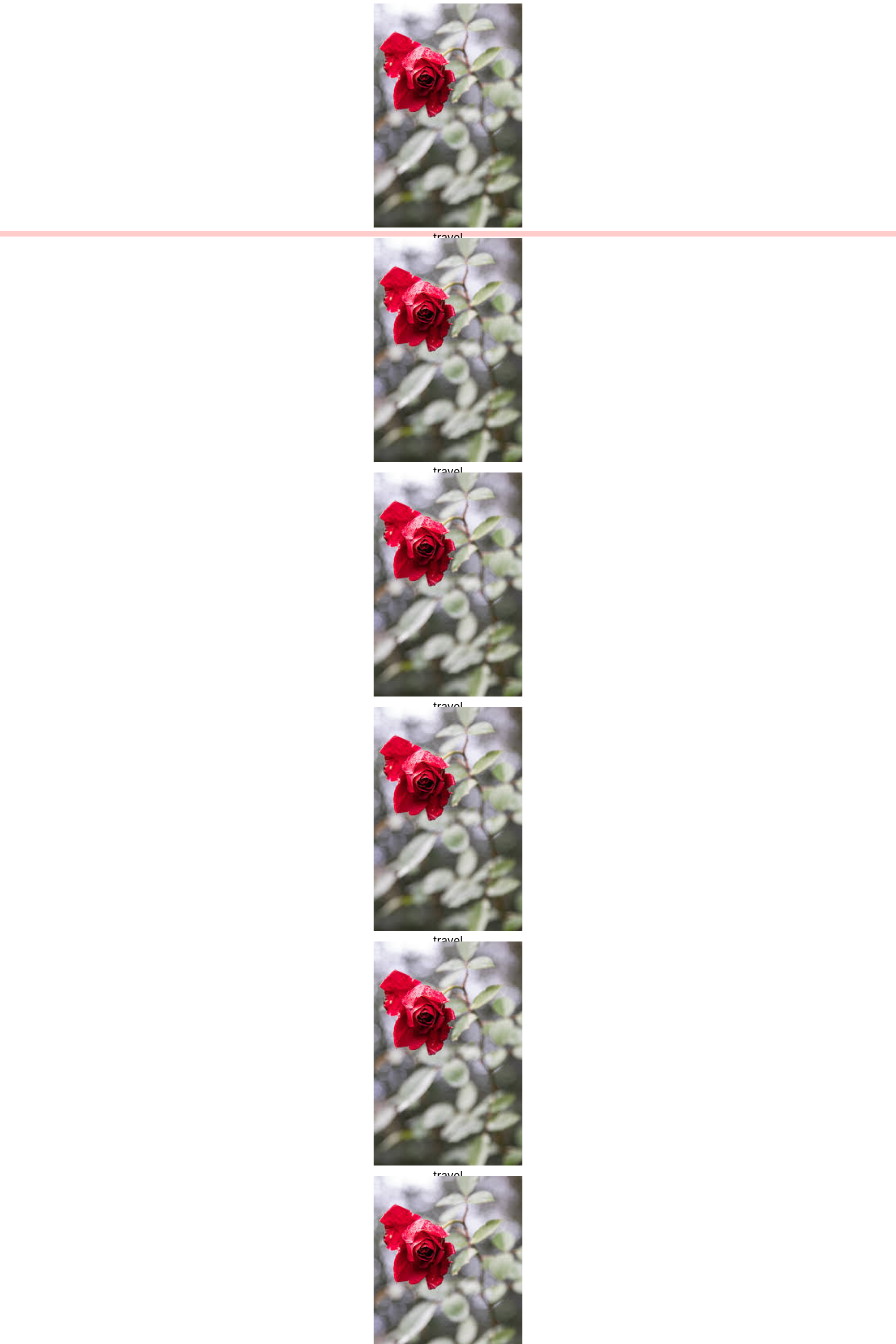
Repository: vakharia5/Preview
Page: /
An editor plug-in stored every save of this project. The page is shown before and after the next save, followed by the edit.
The browser window is 1280 px wide. The pictures show the part of the page from y = 0 to 1920 px (the page is 2730 px tall), at 70% of full size.
The pointer rests on the first visible `.card`.
The project was rebuilt for these pictures with package versions that can differ from the ones it lists, and the page was loaded fresh each time.

Above is the page before, as saved 2020-06-22 15:28:49.

### src/App.js
import React from 'react';
import logo from './logo.svg';
import './App.css';
import CardList from './components/CardList';
import './assets/css/Style.css';

function App() {
  return (
    <div className="App">

    <CardList/>


    </div>
  );
}

export default App;

### src/components/CardList.js
import React, { Component } from 'react'
import {Card,Container,Row,Col} from 'react-bootstrap';
import img from '../assets/Images/download.jpg';
import Data from '../assets/data.json';

class CardList extends Component {
    render() {

        return (
   <div>
   <Container>
   <Row sm={1} md={2} lg={4}>
    {console.log(Data)}
    { Data.map(data =>
    <Card  border="light" >
      <Card.Img src={img} alt="Card image" className = "Image" />
      <Card.ImgOverlay>
        <Card.Title>{data.title}</Card.Title>
        <Card.Text>
        {data.name}
        </Card.Text>
      </Card.ImgOverlay>
    </Card>)

}

</Row>
</Container>
      </div>
        )
        }
}
export default CardList

### src/assets/css/Style.css

.card{
    height: 20rem;
    padding: 5px;
    margin-bottom: 5px;

}

.Image {
    height: 100%


}


/* .card:hover{
    box-shadow: 0px 8px  rgba(252, 1, 1, 0.20);
} */

/* .shadow-box-example {

    background-color: #64b5f6;
  } */

  .card:hover{
    /* box-shadow: 0 8px 20px -10px #615151; */
    box-shadow: 0px 8px  rgba(252, 1, 1, 0.20);
  }

### src/assets/data.json
[
    {
        "id": 1,
        "title" : "travel",
        "name": "Explore",
        "image": ""
    },
   {
        "id": 2,
        "title" : "travel",
        "name": "Pyramids",
        "image": ""
    },
    {
        "id": 3,
        "title" : "travel",
        "name": "Discover",
        "image": ""
    },
    {
        "id": 4,
        "title" : "travel",
        "name": "Endless",
        "image": ""
    },
     {
        "id": 5,
        "title" : "travel",
        "name": "Explore",
        "image": ""
    },
    {
        "id": 6,
        "title" : "travel",
        "name": "Pyramids",
        "image": ""

    },
    {
        "id": 7,
        "title" : "travel",
        "name": "Discover",
        "image": ""

    },
    {
        "id": 8,
        "title" : "travel",
        "name": "Endless",
        "image": ""
    }

]

Loaded but not shown: src/index.js (common file); src/index.css (common file); src/serviceWorker.js (common file); src/App.css (common file)

After the next save:
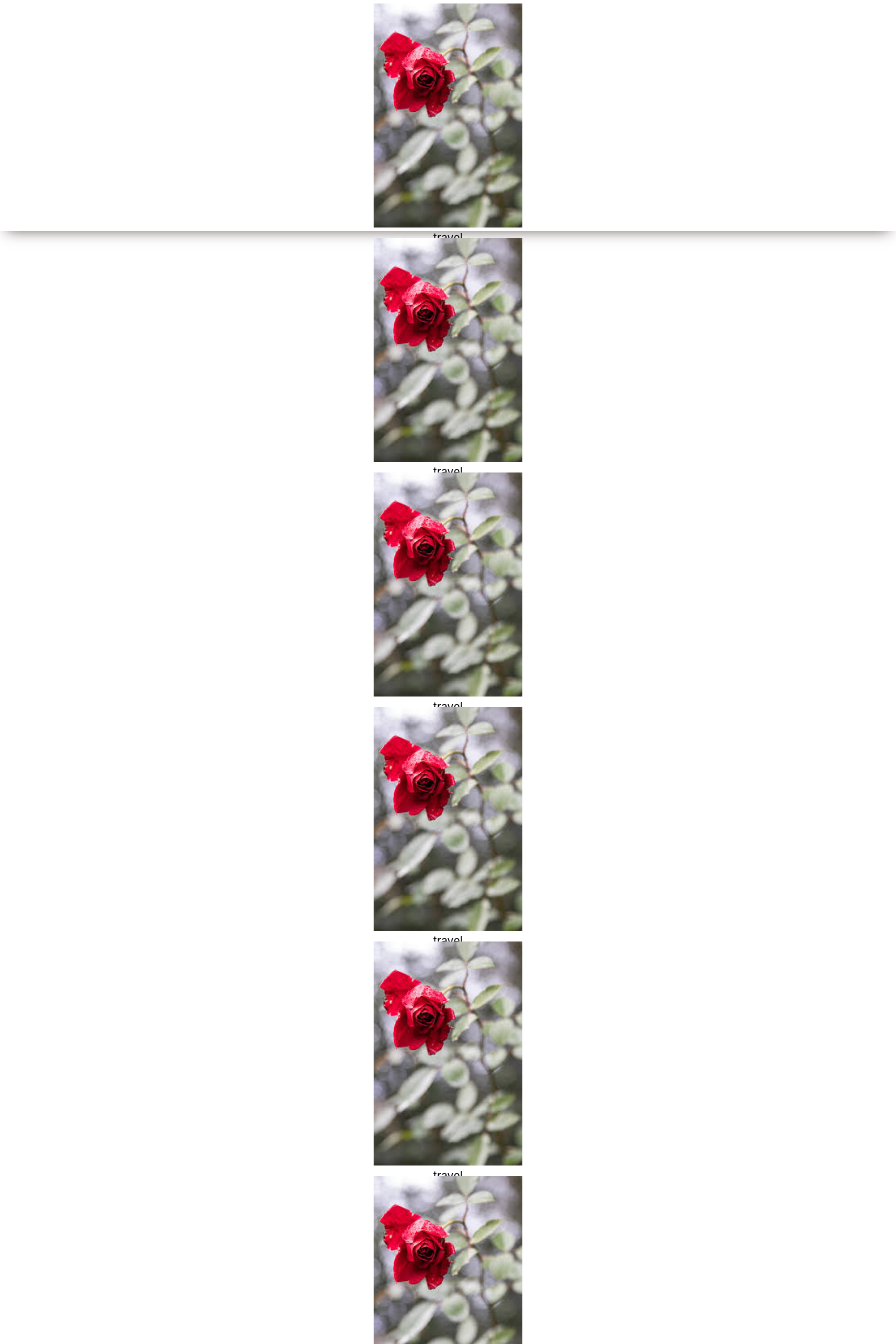
Saved 17 s later.
--- a/src/assets/css/Style.css
+++ b/src/assets/css/Style.css
@@ -23,6 +23,6 @@
   } */
 
   .card:hover{
-    /* box-shadow: 0 8px 20px -10px #615151; */
-    box-shadow: 0px 8px  rgba(252, 1, 1, 0.20);
+    box-shadow: 0 8px 20px -10px #615151;
+    /* box-shadow: 0px 8px  rgba(252, 1, 1, 0.20);   */
   }
